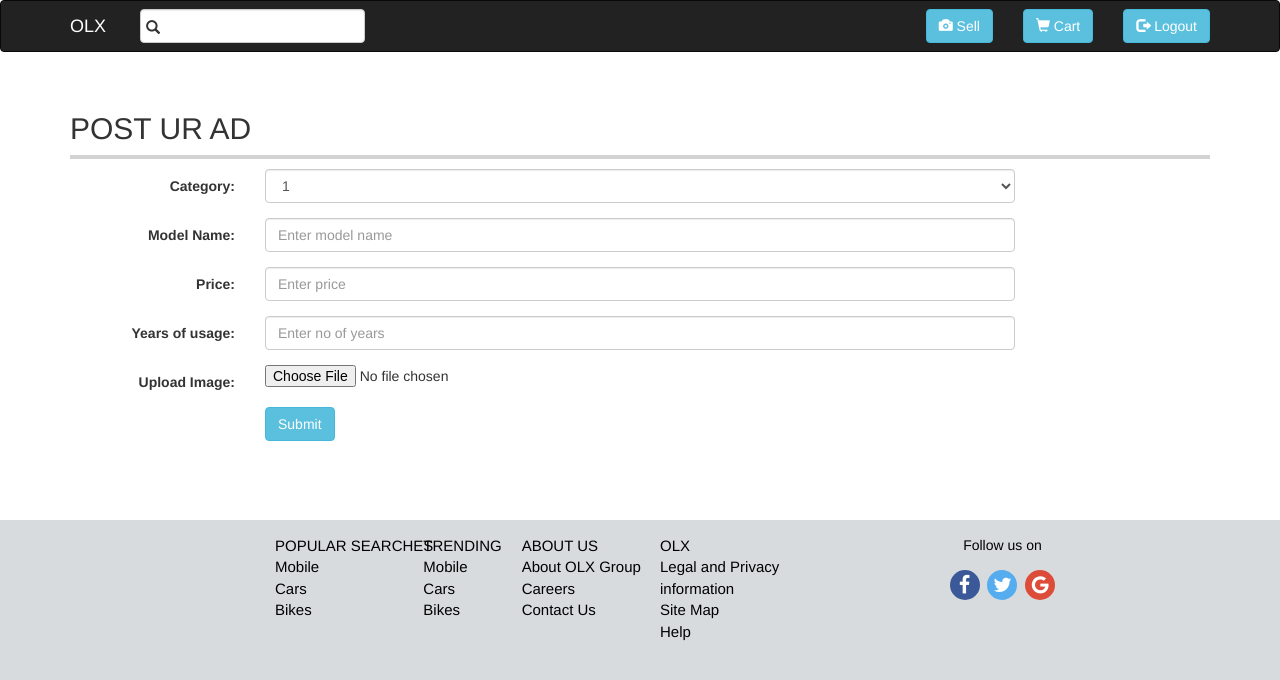
Repository: suganthisarathy/spring_hibernate
Page: http://localhost/olx_resale/WEB-INF/views/SellProduct.jsp
An editor plug-in stored every save of this project. The page is shown before and after the next save, followed by the edit.
The browser window is 1280 px wide. The pictures show the whole page.
The page is served by Tomcat 9. Nobody is signed in. Other server files are loaded and not shown. The template is opened directly, without the code that normally fills it, so the values that code supplies are empty.

Above is the page before, as saved 2019-05-29 10:03:22.

### olx_resale/src/main/webapp/WEB-INF/views/SellProduct.jsp
<%@ page language="java" contentType="text/html; charset=ISO-8859-1"
    pageEncoding="ISO-8859-1"%>
<!DOCTYPE html PUBLIC "-//W3C//DTD HTML 4.01 Transitional//EN" "http://www.w3.org/TR/html4/loose.dtd">
<html>
<head>
<title>Bootstrap Example</title>
<meta charset="utf-8">
<meta name="viewport" content="width=device-width, initial-scale=1">
<link rel="stylesheet"
	href="https://maxcdn.bootstrapcdn.com/bootstrap/3.4.0/css/bootstrap.min.css">
<script
	src="https://ajax.googleapis.com/ajax/libs/jquery/3.4.0/jquery.min.js"></script>
<script
	src="https://maxcdn.bootstrapcdn.com/bootstrap/3.4.0/js/bootstrap.min.js"></script>
	<style>
	p.normal{
	border:2px solid lightgrey;

	}

	</style>
</head>
<body>
<jsp:include page="header.jsp"/>
<body>
 <br/>
<div class="container">
   <h2>POST UR AD</h2>


  <div class="card">
    <div class="card-body"><form class="form-horizontal" action="/action_page.php">
    <form action="" method="post">
     <p class="normal">
    <div class="form-group">
      <label class="control-label col-sm-2" for="email">Category:</label>
      <div class="col-sm-8">

      <select class="form-control" id="sel1" name="sellist1">
        <option>1</option>
        <option>2</option>
        <option>3</option>
        <option>4</option>
      </select>


      </div>
    </div>


    <div class="form-group">
      <label class="control-label col-sm-2" for="txt">Model Name:</label>
      <div class="col-sm-8">
        <input type="text" class="form-control" id="txt" placeholder="Enter model name" name="txt">
      </div>
    </div>
    <div class="form-group">
      <label class="control-label col-sm-2" for="txt">Price:</label>
      <div class="col-sm-8">
        <input type="text" class="form-control" id="txt" placeholder="Enter price" name="txt">
      </div>
    </div>
    <div class="form-group">
      <label class="control-label col-sm-2" for="txt">Years of usage:</label>
      <div class="col-sm-8">
        <input type="text" class="form-control" id="txt" placeholder="Enter no of years" name="txt">
      </div>
    </div>
     <div class="form-group">
      <label class="control-label col-sm-2" for="txt">Upload Image:</label>
      <div class="col-sm-8">
        <input type="file"   name="image" accept="image/*"/>
      </div>
    </div>
    <div class="form-group">
      <div class="col-sm-offset-2 col-sm-10">
        <button type="submit" class="btn btn-info">Submit</button>
      </div>
    </div>
  </p>
  </form></div>
  </div>

</div>
</form>
</body>
</html>

<jsp:include page="footer.jsp"/>
</body>
</html>

### olx_resale/src/main/webapp/WEB-INF/views/header.jsp
<!DOCTYPE html>
<html lang="en">
<head>
<title>Bootstrap Example</title>
<meta charset="utf-8">
<meta name="viewport" content="width=device-width, initial-scale=1">
<link rel="stylesheet"
	href="https://maxcdn.bootstrapcdn.com/bootstrap/3.4.0/css/bootstrap.min.css">
<script
	src="https://ajax.googleapis.com/ajax/libs/jquery/3.4.0/jquery.min.js"></script>
<script
	src="https://maxcdn.bootstrapcdn.com/bootstrap/3.4.0/js/bootstrap.min.js"></script>
<style>
/* Remove the navbar's default margin-bottom and rounded borders */
.navbar {
	margin-bottom: 0;
	border-radius: 0;
}

/* Add a gray background color and some padding to the footer */
footer {
	background-color: #f2f2f2;
	padding: 25px;
}


.inner-addon {
	position: relative;
}

/* style icon */
.inner-addon .glyphicon {
	position: absolute;
	padding: 10px;
	pointer-events: none;
}

body {
	font-family: Arial, Helvetica, sans-serif;
}

* {
	box-sizing: border-box;
}



/* Add styles to the form container */
.form-container {
	max-width: 100%;
	padding: 10px;
	background-color: white;
}
/* Add some hover effects to buttons */
.form-container .btn:hover, .open-button:hover {
	opacity: 1;
}
/* align icon */
.left-addon .glyphicon {
	left: 0px;
}

.right-addon .glyphicon {
	right: 0px;
}

/* add padding  */
.left-addon input {
	padding-left: 30px;
}

.right-addon input {
	padding-right: 30px;
}



</style>
</head>
<body>
	<nav class="navbar navbar-inverse">
		<div class="container ">
			<div class="navbar-header">
				<a class="navbar-brand" href="#" style="color: white">OLX</a>
			</div>
			<ul class="navbar-form navbar-left">
				<div class="form-group">
					<div class="inner-addon left-addon">
						<i class="glyphicon glyphicon-search"></i> <label
							for="focusedInput"></label> <input type="text"
							class="form-control" />
					</div>
				</div>
			</ul>

			<ul class="navbar-form navbar-right">
                       <form action="/olx_resale/index">
              <button type="submit" class="btn btn-info">
              <span class="glyphicon glyphicon-log-out"></span> Logout</button> </form> </ul>
             <ul class="navbar-form navbar-right">
                <form> <button type="submit" class="btn btn-info">
                <span class="glyphicon glyphicon-shopping-cart"></span> Cart</button> </form></ul>
                <ul class="navbar-form navbar-right">
                 <form action="/olx_resale/sell"><button type="submit" class="btn btn-info">
                <span class="glyphicon glyphicon-camera"></span> Sell</button> </form></ul>


		</div>
	</nav>

</html>

### olx_resale/src/main/webapp/WEB-INF/views/footer.jsp

<%@ page language="java" contentType="text/html; charset=ISO-8859-1"
	pageEncoding="ISO-8859-1"%>
<!DOCTYPE html>
<html>
<head>

<meta charset="utf-8">
<meta name="viewport" content="width=device-width, initial-scale=1">
<link rel="stylesheet"
       href="https://maxcdn.bootstrapcdn.com/bootstrap/3.4.0/css/bootstrap.min.css">
<link rel="stylesheet"
       href="https://cdnjs.cloudflare.com/ajax/libs/font-awesome/4.7.0/css/font-awesome.min.css">
<script
       src="https://ajax.googleapis.com/ajax/libs/jquery/3.3.1/jquery.min.js"></script>
<script
       src="https://maxcdn.bootstrapcdn.com/bootstrap/3.4.0/js/bootstrap.min.js"></script>

<style>
#margin1 {
       margin: 15px;
       left: 260px;
}

#margin2 {
       margin: 15px;
       left: 160px;
}

#margin3 {
       margin: 15px;
       left: 10px;
}

#margin4 {
       margin: 15px;
       left: -100px;
}

#margin5 {
       margin: 15px;
       left: -100px;
}


.footer
{
  position: fixed;
   left: 0;
   bottom: 0;
   width: 100%;
   background-color:#D7DBDD;
       height: 200px;
       color: black;
       text-align: center;
}

.fa {
       padding: 5px;
       font-size: 20px;
       width: 30px;
       text-align: center;
       text-decoration: none;
       margin: 5px 2px;
       border-radius: 50%;
}

.fa:hover {
       opacity: 0.7;
}

.fa-facebook {
       background: #3B5998;
       color: white;
}

.fa-twitter {
       background: #55ACEE;
       color: white;
}

.fa-google {
       background: #dd4b39;
       color: white;
}

</style>

</head>
<body>
<div class="footer"   >
       <div class="row">
              <div class="col-sm-2 col-md-2 col-lg-2 col-xs-2" id="margin1"
                     style="text-align: left">
                     <p style="font-size: 15px;">
                           POPULAR SEARCHES<br> Mobile<br> Cars<br> Bikes
                     </p>
              </div>

              <div class="col-sm-2 col-md-2 col-lg-2 col-xs-2" id="margin2"
                     style="text-align: left">
                     <p style="font-size: 15px;">
                           TRENDING<br> Mobile<br> Cars<br> Bikes
                     </p>
              </div>

              <div class="col-sm-2 col-md-2 col-lg-2 col-xs-2" id="margin3"
                     style="text-align: left">
                     <p style="font-size: 15px;">
                           ABOUT US<br> About OLX Group<br> Careers<br> Contact Us
                     </p>
              </div>

              <div class="col-sm-2 col-md-2 col-lg-2 col-xs-2" id="margin4"
                     style="text-align: left">
                     <p style="font-size: 15px;">
                           OLX<br> Legal and Privacy information<br> Site Map<br>Help
                     </p>
              </div>
              <div class="col-sm-2 col-md-2 col-lg-2 col-xs-2" id="margin5">
                     <p>Follow us on</p>
                     <a href="#" class="fa fa-facebook"></a> <a href="#"
                           class="fa fa-twitter"></a> <a href="#" class="fa fa-google"></a>
              </div>
       </div>
</div>

</body>
</html>

After the next save:
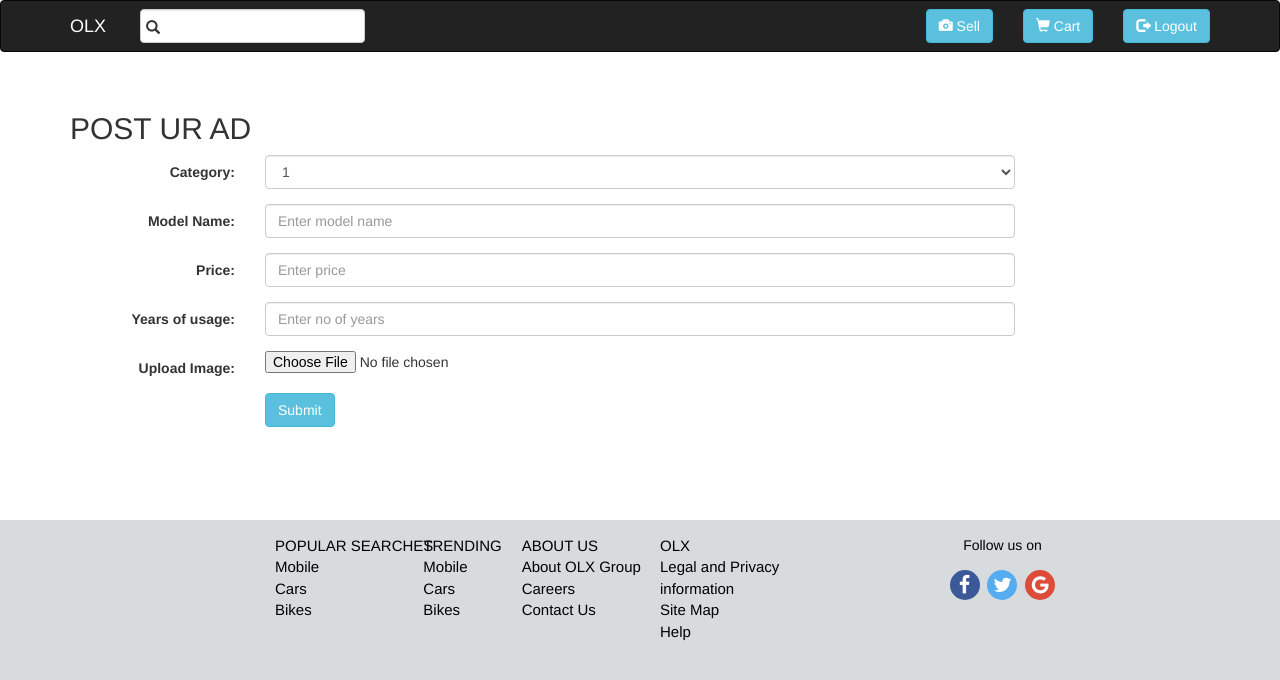
Saved 3 min 38 s later.
--- a/olx_resale/src/main/webapp/WEB-INF/views/SellProduct.jsp
+++ b/olx_resale/src/main/webapp/WEB-INF/views/SellProduct.jsp
@@ -13,7 +13,7 @@
 <script
 	src="https://maxcdn.bootstrapcdn.com/bootstrap/3.4.0/js/bootstrap.min.js"></script>
 	<style>
-	p.normal{
+	div.normal{
 	border:2px solid lightgrey;
 
 	}
@@ -28,10 +28,10 @@
    <h2>POST UR AD</h2>
 
 
-  <div class="card">
+  <div class="card" class="normal">
     <div class="card-body"><form class="form-horizontal" action="/action_page.php">
-    <form action="" method="post">
-     <p class="normal">
+    <form action="" method="post" >
+
     <div class="form-group">
       <label class="control-label col-sm-2" for="email">Category:</label>
       <div class="col-sm-8">
@@ -77,7 +77,7 @@
         <button type="submit" class="btn btn-info">Submit</button>
       </div>
     </div>
-  </p>
+
   </form></div>
   </div>
 

After the 3 saves that followed:
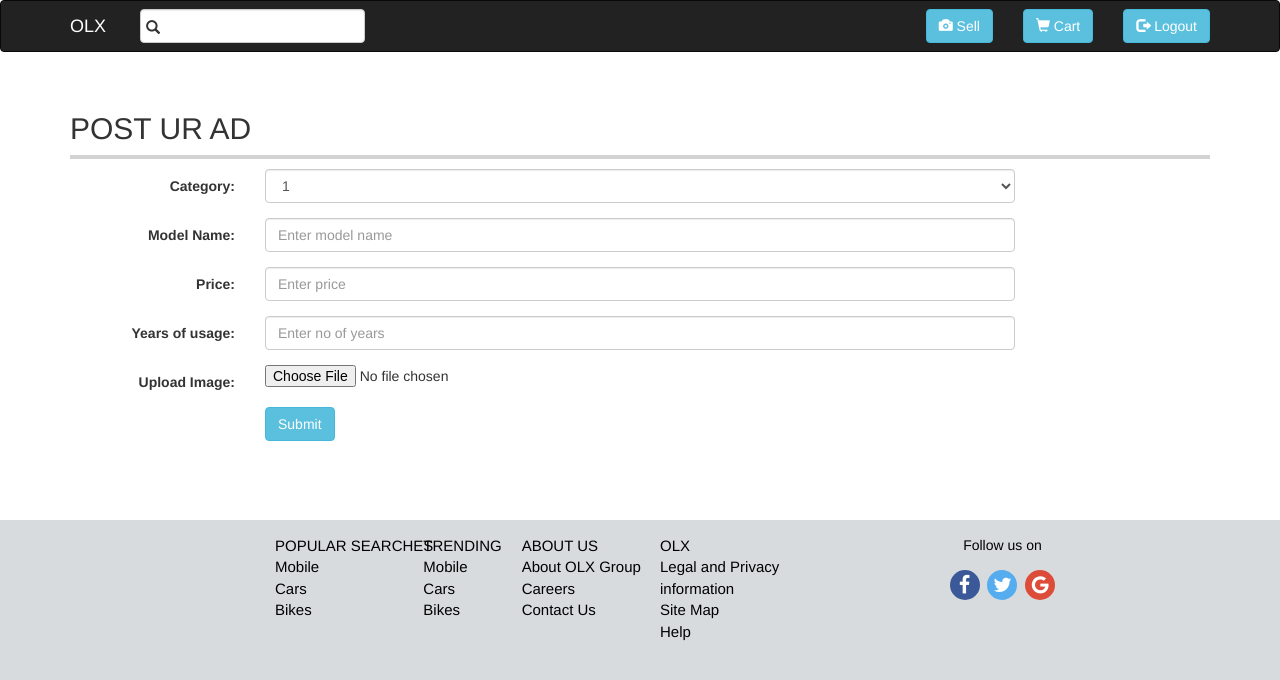
The 3 saves are shown as one change because 2 left the picture as it was.
The last was saved 76 s later.
--- a/olx_resale/src/main/webapp/WEB-INF/views/SellProduct.jsp
+++ b/olx_resale/src/main/webapp/WEB-INF/views/SellProduct.jsp
@@ -13,7 +13,7 @@
 <script
 	src="https://maxcdn.bootstrapcdn.com/bootstrap/3.4.0/js/bootstrap.min.js"></script>
 	<style>
-	div.normal{
+	p.normal{
 	border:2px solid lightgrey;
 
 	}
@@ -26,11 +26,11 @@
  <br/>
 <div class="container">
    <h2>POST UR AD</h2>
+   <p class="normal">
 
-
-  <div class="card" class="normal">
+  <div class="card">
     <div class="card-body"><form class="form-horizontal" action="/action_page.php">
-    <form action="" method="post" >
+    <form action="" method="post">
 
     <div class="form-group">
       <label class="control-label col-sm-2" for="email">Category:</label>
@@ -80,7 +80,7 @@
 
   </form></div>
   </div>
-
+  </p>
 </div>
 </form>
 </body>
